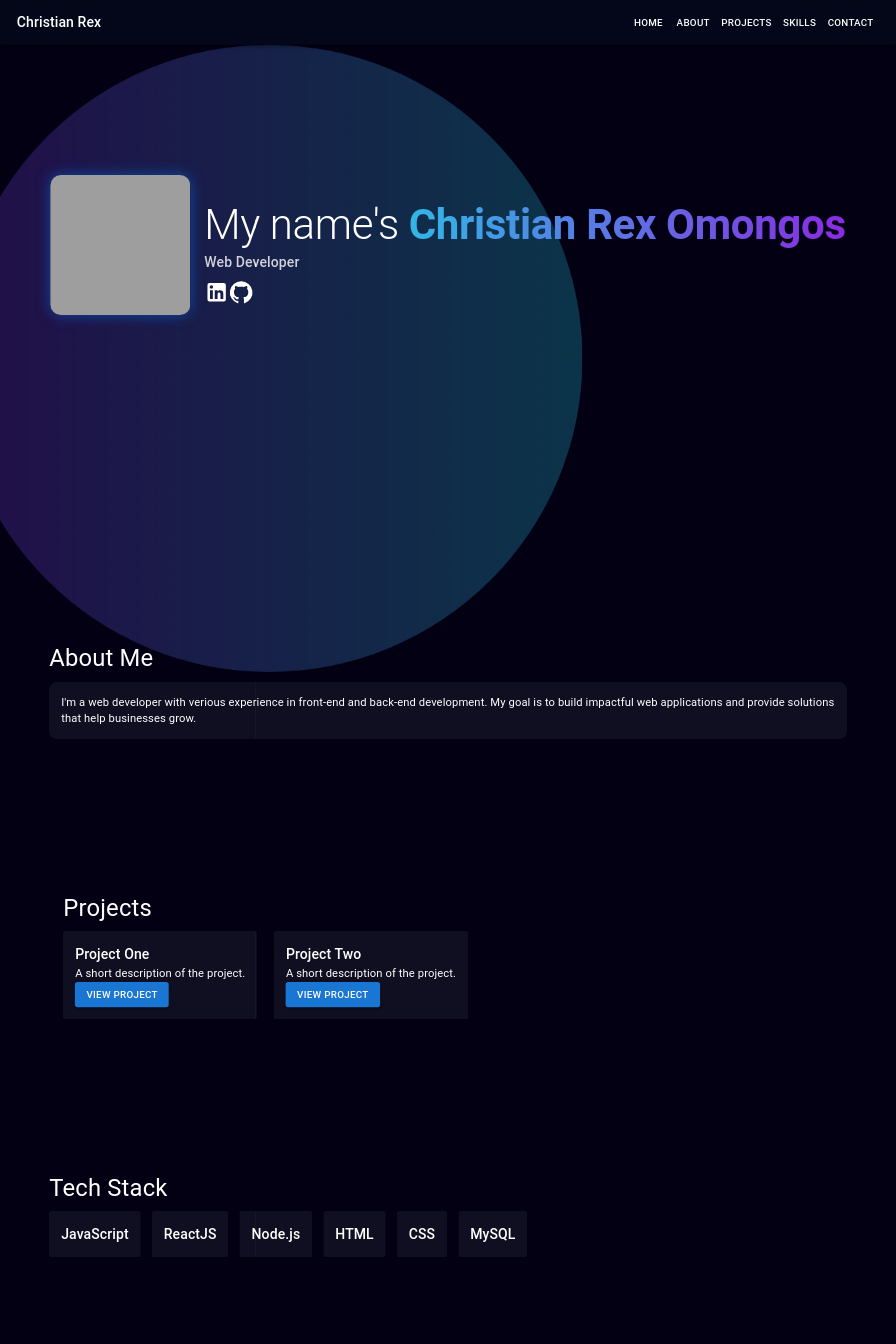
Repository: mikeshadowcoder/myWeb
Page: /
The author's editor kept a copy of each file at every save. The page is drawn from the files as they stood at one save, then again after the next save.
The browser window is 1280 px wide. The pictures show the part of the page from y = 0 to 1920 px (the page is 2643 px tall), at 70% of full size.
Pictures or frames that could not be fetched are drawn as grey boxes. The project was rebuilt for these pictures with package versions that can differ from the ones it lists, and the page was loaded fresh each time.

Above is the page before, as saved 2026-01-21 16:17:53.

After the next save:
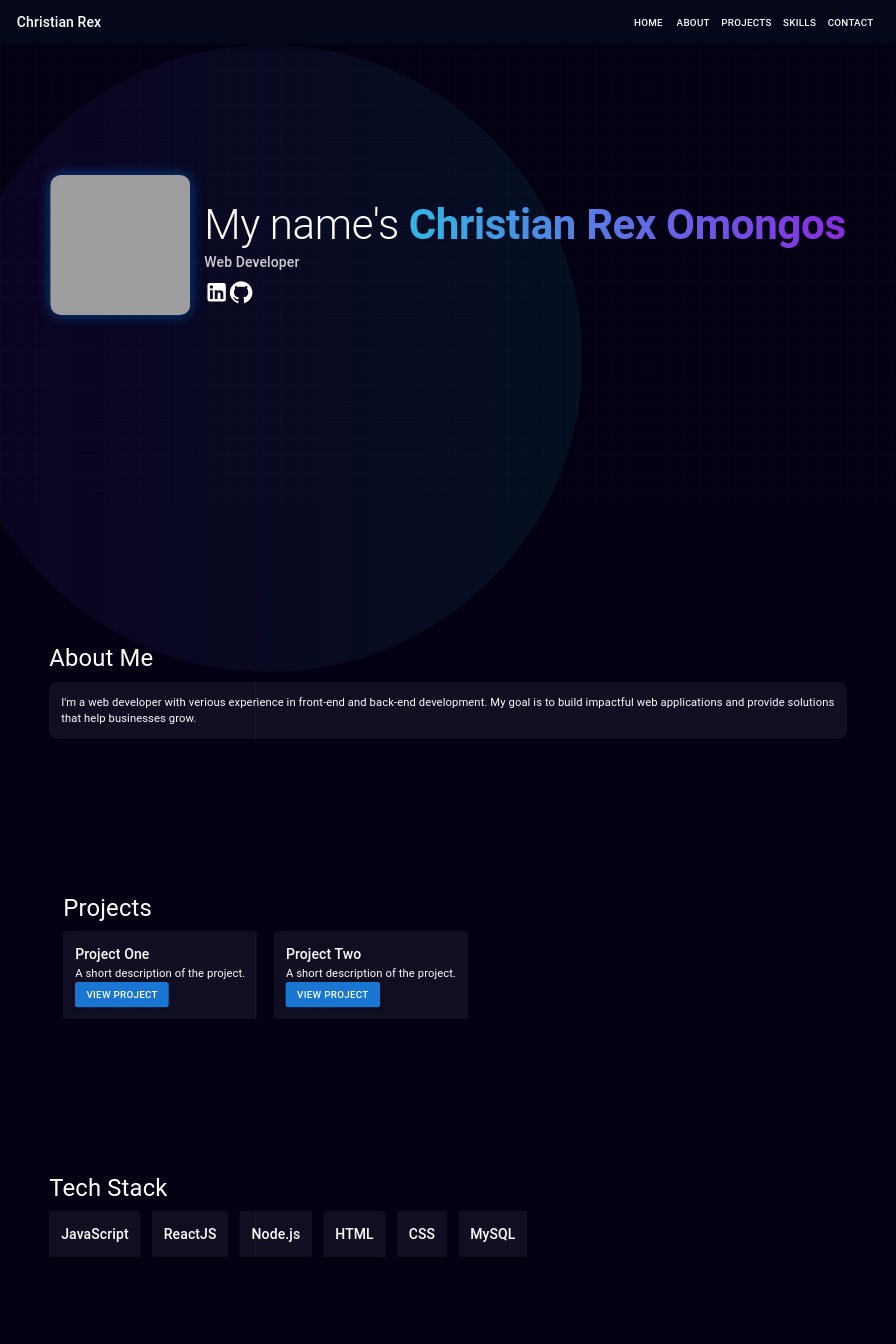
Saved 109 s later.
--- a/src/components/BackgroundShapes.js
+++ b/src/components/BackgroundShapes.js
@@ -4,25 +4,24 @@
 const BackgroundShapes = () => {
   return (
     <>
-    {/* <div className="grid-container"></div>
-     <div className="shapes-container">
+    <div className="grid-container">
+      <svg class="bg" viewBox="0 0 100 100" preserveAspectRatio="xMidYMid slice">
+        <defs>
+          <linearGradient id="g1">
+            <stop offset="0%" stop-color="#7c3aed"/>
+            <stop offset="100%" stop-color="#22d3ee"/>
+          </linearGradient>
+        </defs>
+        <circle cx="30" cy="40" r="35" fill="url(#g1)" opacity="0.25" />
+      </svg>
+    </div>
+
+     {/* <div className="shapes-container">
         <div className="circle circle1"></div>
         <div className="circle circle2"></div>
         <div className="circle circle3"></div>
         <div className="circle circle4"></div>
     </div> */}
-
-    <svg class="bg" viewBox="0 0 100 100" preserveAspectRatio="xMidYMid slice">
-      <defs>
-        <linearGradient id="g1">
-          <stop offset="0%" stop-color="#7c3aed"/>
-          <stop offset="100%" stop-color="#22d3ee"/>
-        </linearGradient>
-      </defs>
-
-      <circle cx="30" cy="40" r="35" fill="url(#g1)" opacity="0.25" />
-    </svg>
-
     </>
   );
 };
